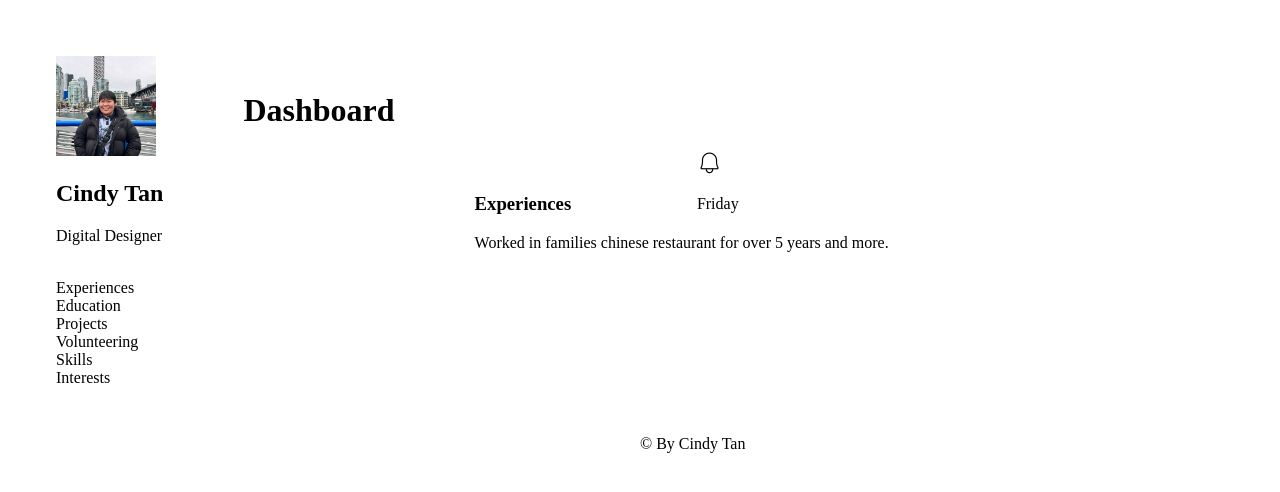
Repository: Cindy-tan/Assessment-_1
Page: /
An editor plug-in stored every save of this project. The page is shown before and after the next save, followed by the edit.
The browser window is 1280 px wide. The pictures show the whole page.
The project was rebuilt for these pictures with package versions that can differ from the ones it lists, and the page was loaded fresh each time. The framework's server and built-in components were replaced by stand-ins that run in the browser. Also part of the build but not shown: next.config.js, components/Card/Card.module.css, components/SideNavigation/SideNavigation.module.css.

Above is the page before, as saved 2024-01-18 23:59:06.

After the next save:
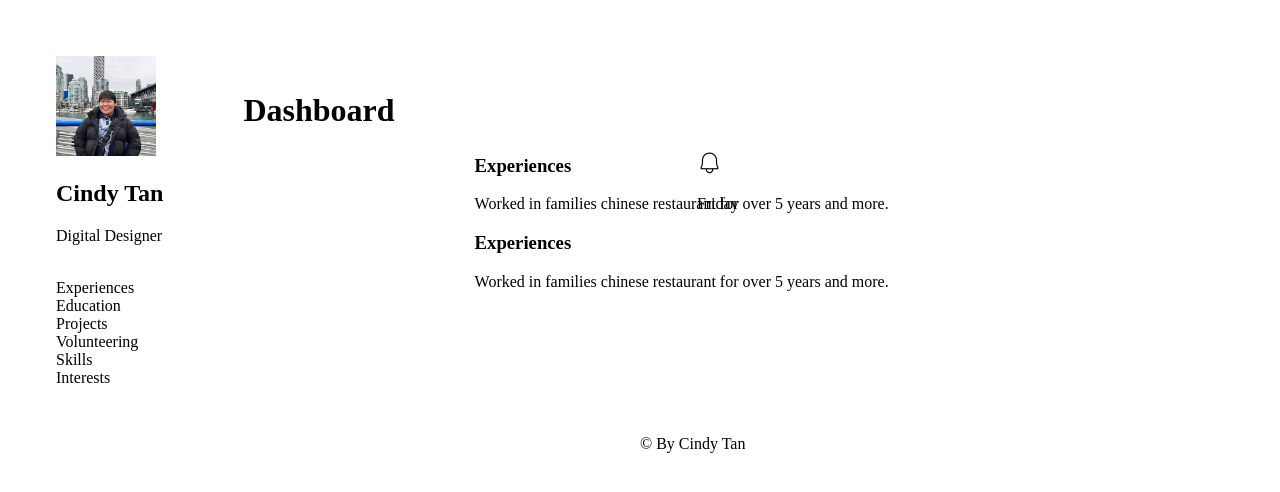
Saved 9 s later.
--- a/pages/index.js
+++ b/pages/index.js
@@ -31,7 +31,7 @@ export default function Home() {
 
         <div className={`${styles.card}`}>
           <Card title='Experiences' description='Worked in families chinese restaurant for over 5 years and more.'/>
-
+          <Card title='Experiences' description='Worked in families chinese restaurant for over 5 years and more.'/>
         </div>
 
 
